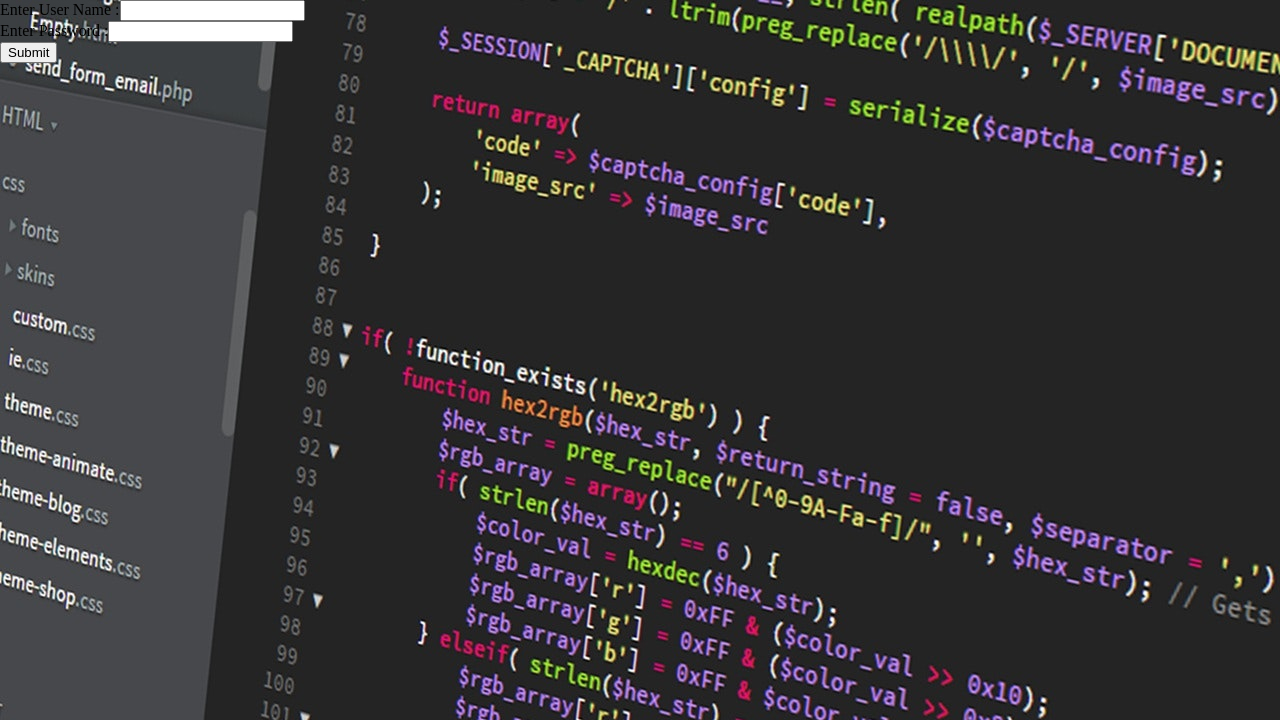
Repository: MyselfAman/Login_Page_Servlet
Page: http://localhost/Login_Page/login.jsp
An editor plug-in stored every save of this project. The page is shown before and after the next save, followed by the edit.
The browser window is 1280 px wide. The pictures show the whole page.
The page is served by Tomcat 9. Other server files are loaded and not shown.

Above is the page before, as saved 2019-08-06 19:49:45.

### Login_Page/WebContent/login.jsp
<%@ page language="java" contentType="text/html; charset=ISO-8859-1"
    pageEncoding="ISO-8859-1"%>
<!DOCTYPE html>
<html>
<head>
<meta charset="ISO-8859-1">
<title>LearnToCode | Login</title>
<style>
body{
 background-image:url(pic.jpg);
 margin: 0;
 padding: 0;
}


</style>
</head>
<body>
	<form action="login" class="login">
	 Enter User Name :<input type="text" name="username" ><br>
	  Enter Password :<input type="password" name="password"><br>
	  <input type="submit">
	</form>
</body>
</html>

After the next save:
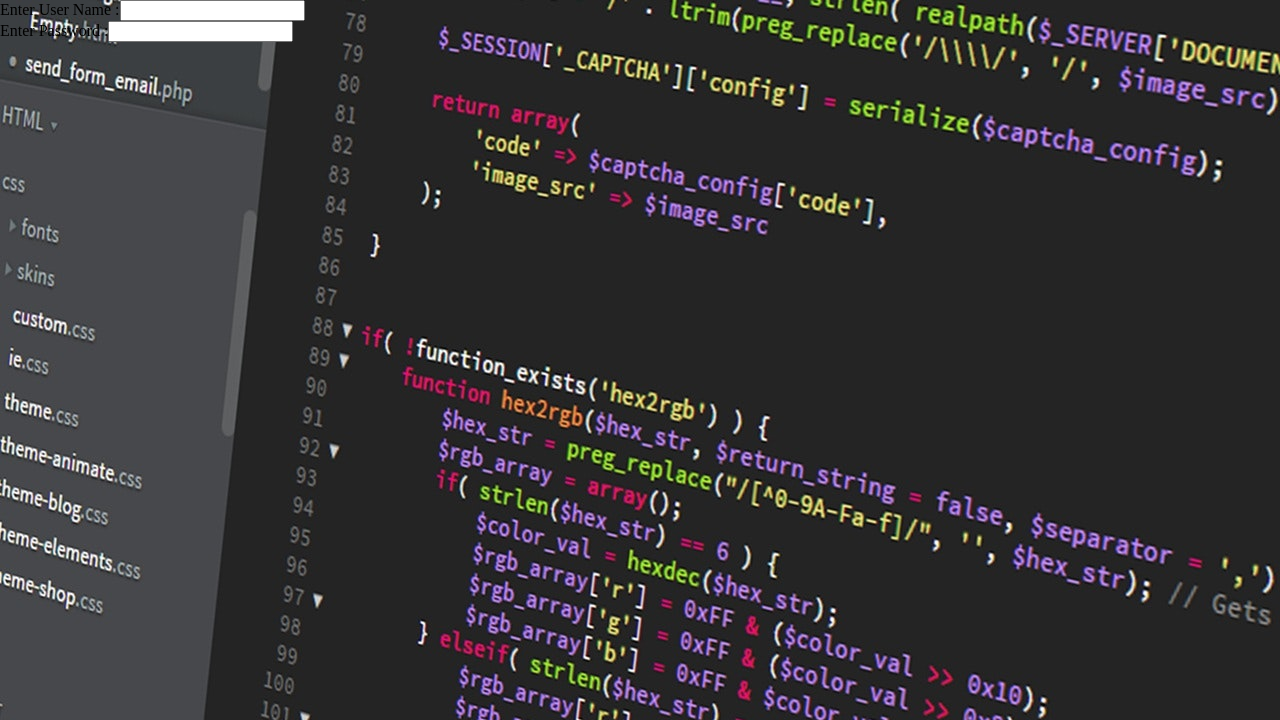
Saved 34 s later.
--- a/Login_Page/WebContent/login.jsp
+++ b/Login_Page/WebContent/login.jsp
@@ -19,7 +19,7 @@ body{
 	<form action="login" class="login">
 	 Enter User Name :<input type="text" name="username" ><br>
 	  Enter Password :<input type="password" name="password"><br>
-	  <input type="submit">
+	  <input type="submit" value="Login>
 	</form>
 </body>
 </html>
